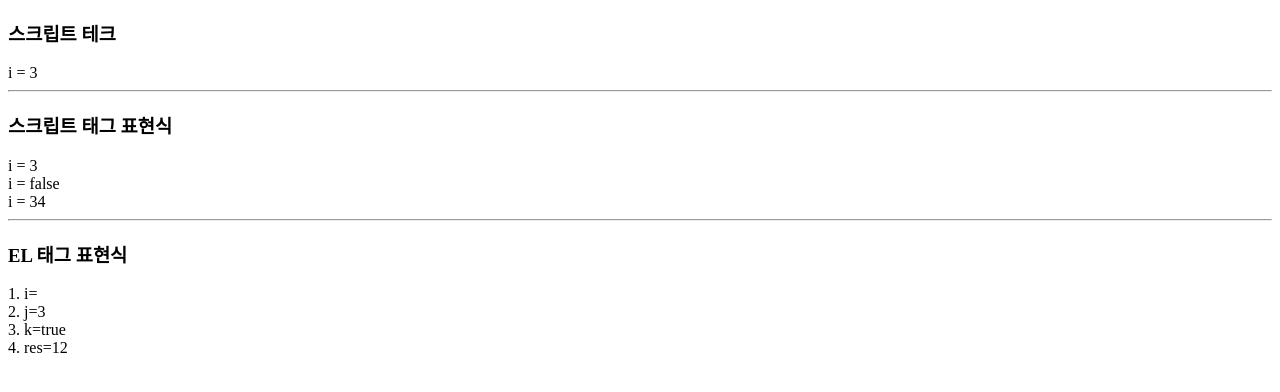
Repository: topblame/Bootcamp
Page: http://localhost/JSP_250408/chapter04/01_ELTest.jsp
These files come from the project's save history. The page is drawn as it stood at one moment and after the next save; the edit follows.
The browser window is 1280 px wide. The pictures show the whole page.
The page is served by Tomcat 9. The template is opened directly, without the code that normally fills it, so the values that code supplies are empty.

Above is the page before, as saved 2025-06-27 02:25:30.

After the next save:
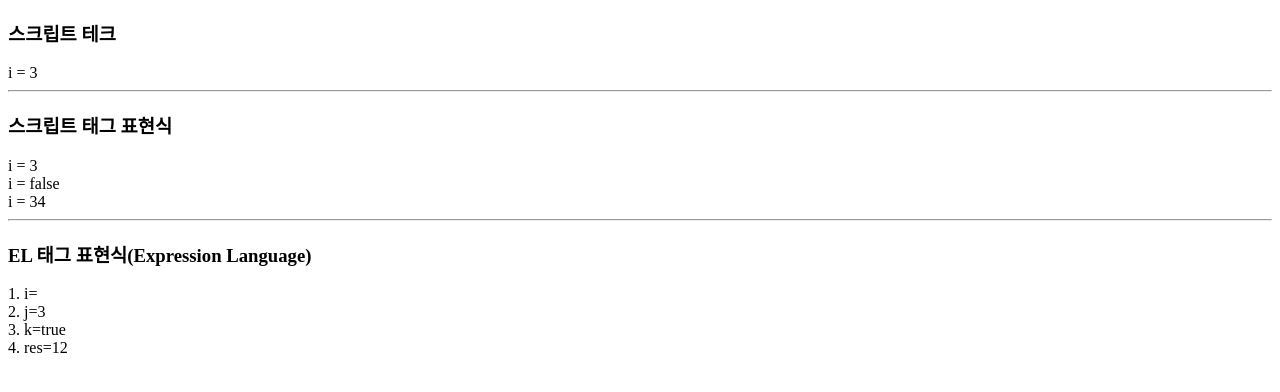
Saved 18 min 12 s later.
--- a/WebMvc/JSP_250408/src/main/webapp/chapter04/01_ELTest.jsp
+++ b/WebMvc/JSP_250408/src/main/webapp/chapter04/01_ELTest.jsp
@@ -20,7 +20,7 @@ i = <%=i %> <br/>
 i = <%=i>4 %> <br/>
 i = <%=i + "4" %> <br/>
 <hr />
-<h3>EL 태그 표현식</h3>
+<h3>EL 태그 표현식(Expression Language)</h3>
 1. i=${i} <br/>
 2. j=${j} <br/> <!-- 서버에 있는 데이터로 수행됨  -->
 3. k=${k>j} <br/> <!-- String이여도 연산가능 (연산자 우선수행) -->
